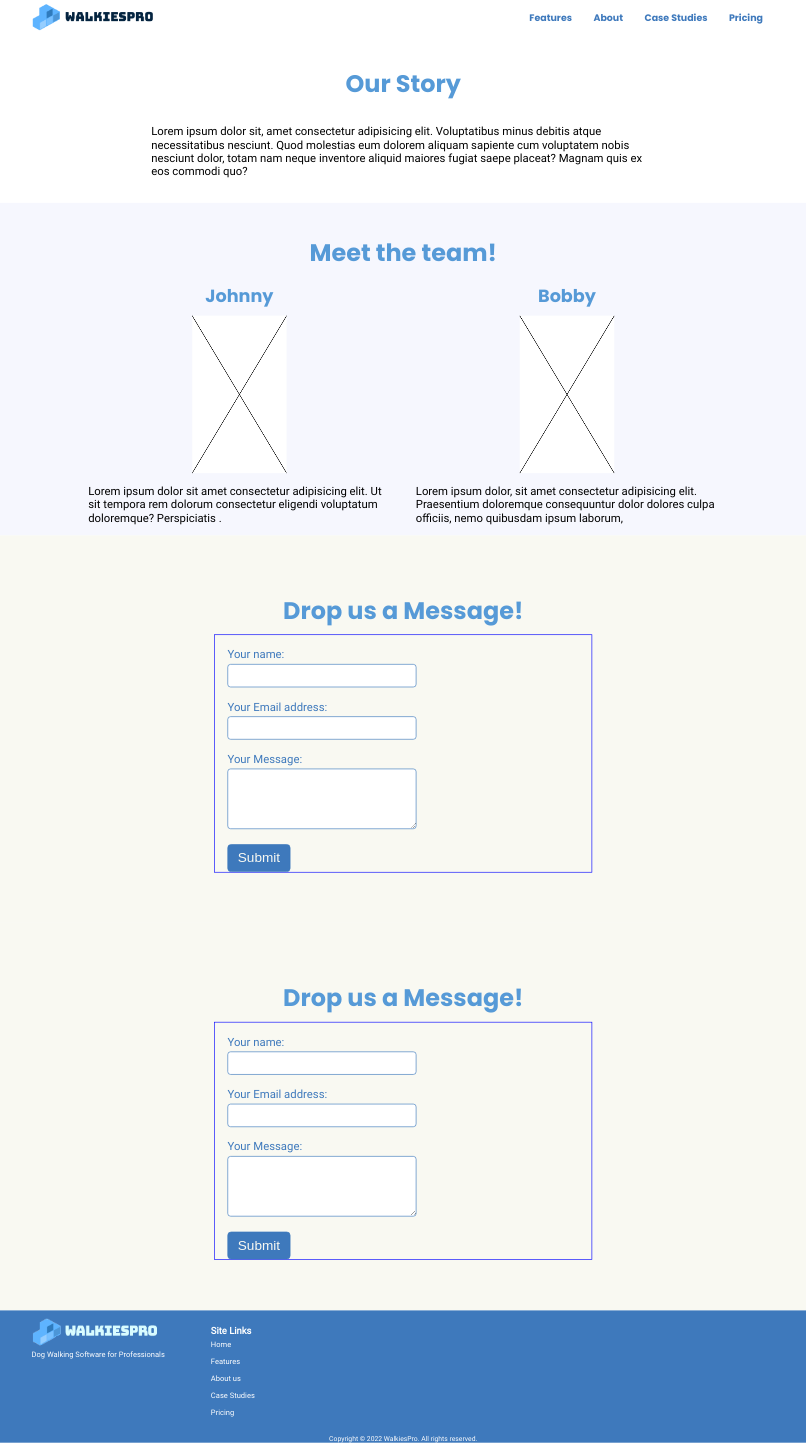
Repository: StevieC87/LAYOUT4
Page: about-us.html
These files come from the project's save history. The page is drawn as it stood at one moment and after the next save; the edit follows.
The browser window is 1280 px wide. The pictures show the whole page, at 63% of full size.

Above is the page before, as saved 2022-01-04 21:51:32.

### about-us.html
<!DOCTYPE html>
<html lang="en">
  <head>
    <meta charset="UTF-8" />
    <meta http-equiv="X-UA-Compatible" content="IE=edge" />
    <meta name="viewport" content="width=device-width, initial-scale=1.0" />
    <title>WalkiesPro Dog Walking Software</title>
    <link rel="stylesheet" href="css/styles.css" />
    <link rel="stylesheet" href="css/aboutus.css" />
    <link rel="stylesheet" href="css/footer.css" />
    <link rel="stylesheet" href="css/navbar.css" />
    <link rel="stylesheet" href="css/fonts.css" />
    <link rel="stylesheet" href="css/utilities.css" />
    <link rel="stylesheet" href="css/mediaqueries.css" />
    <!-- THIS js file - deferred so loads at the end -->
    <script type="text/javascript" src="js/scripts.js" defer></script>

    <style></style>
  </head>
  <body>


    <div class="containernew">
      <div class="navwrapper">
        <!------------------ NAVBAR --------------------->
        <nav id="navbar" class="paddingspecial">
          <!--  <div class="paddingspecial"> -->
          <div id="logo" class="logodiv">
            <a href="index.html"><img src="images/logo.png" alt="logo" /></a>
          </div>
          <div id="hamburger-menu" class="hamburger-menu">
            <div class="line line-1"></div>
            <div class="line line-2"></div>
            <div class="line line-3"></div>
          </div>
          <div class="navlist">
            <ul tabindex="-1">
              <li><a class="current" href="features.html">Features</a></li>
              <li><a href="about-us.html">About</a></li>
              <li><a href="case-studies.html">Case Studies</a></li>
              <li><a href="pricing.html">Pricing</a></li>
            </ul>
          </div>
          <!-- </div> -->
        </nav>
      </div>
      <!------------------ OUR STORY --------------------->
      <section class="headerwrapper">

          <div class="headertitle">
            <h1>Our Story</h1>
          </div>
          <div class="headertextunder">
              Lorem ipsum dolor sit, amet consectetur adipisicing elit. Voluptatibus minus debitis atque necessitatibus
              nesciunt. Quod molestias eum dolorem aliquam sapiente cum voluptatem nobis nesciunt dolor, totam nam neque
              inventore aliquid maiores fugiat saepe placeat? Magnam quis ex eos commodi quo?
          </div>

      </section>
      <!------------------ MEET THE TEAM --------------------->
      <section class="meettheteamwrapper">
          <div class="meettheteamh2">
              <h2> Meet the team! </h2>
          </div>
          <div class="meetteamprofiles">
            <div class="meettheteamprofile1">
              <h3 class="centertext">Johnny</h3>

                <img src="images/3.png" width="150px" alt="" height="250px"  class="centerimg">

              <p>Lorem ipsum dolor sit amet consectetur adipisicing elit. Ut sit tempora rem dolorum consectetur eligendi voluptatum doloremque? Perspiciatis .</p>
            </div>
            <div class="meettheteamprofile2">
              <h3 class="centertext">Bobby</h3>

                <img class="centerimg" src="images/3.png" width="150px" height="250px" alt="">

              <p>Lorem ipsum dolor, sit amet consectetur adipisicing elit. Praesentium doloremque consequuntur dolor dolores culpa officiis, nemo quibusdam ipsum laborum,</p>
            </div>
        </div>
      </section>
      <!------------------ CONTACT US SECTION --------------------->
     <section class="contactuswrapper">
       <div class="contactusinnerwrapper">
        <h2 class="centertext">Drop us a Message! </h2>
        <form action="">
          <div class="aboutusformgrid">
              <div class="yournamediv">
                <label for="yourname">Your name:</label>
                <input type="text" name="yourname" id="yourname">
              </div>
              <div class="emaildiv">
                <label for="youremail">Your Email address:</label>
                <input type="email" name="youremail" id="youremail"></div>
              <div class="textareadiv">
                <label for="yourmsg">Your Message:</label>
                <textarea name="yourmsg" id="yourmsg" rows="6"></textarea>
              </div>

              <button class="btn submit">Submit</button>

          </div>
        </form>
       </div>
     </section>
     <section class="contactuswrapper">
      <div class="contactusinnerwrapper">
       <h2 class="centertext">Drop us a Message! </h2>
       <form action="">
         <div class="aboutusformgrid">
             <div class="yournamediv">
               <label for="yourname">Your name:</label>
               <input type="text" name="yourname" id="yourname">
             </div>
             <div class="emaildiv">
               <label for="youremail">Your Email address:</label>
               <input type="email" name="youremail" id="youremail"></div>
             <div class="textareadiv">
               <label for="yourmsg">Your Message:</label>
               <textarea name="yourmsg" id="yourmsg" rows="6"></textarea>
             </div>

             <button class="btn submit">Submit</button>

         </div>
       </form>
      </div>
    </section>
      <!------------------ FOOTER --------------------->
      <footer id="footer">
        <div class="footerwrapper">
          <div class="footergriditem1">
            <img class="bottomlogo" src="images/logoblue.png" alt="logo" />
            <span class="whitetext bottomphrase"
              >Dog Walking Software for Professionals</span
            >
          </div>

          <div class="footergriditem2">
            <div><b class="whitetext footerlinkstitle">Site Links</b></div>
            <ul class="whitetext ulnostyle anostyle" style="font-size: 12px">
              <li><a href="../layout/index.html">Home</a> </li>
              <li><a href="features.html">Features</a> </li>
              <li><a href="about-us.html">About us</a> </li>
              <li><a href="case-studies.html">Case Studies</a></li>
              <li><a href="pricing.html">Pricing</a></li>
            </ul>
          </div>
          <div class="footergriditem3 whitetext smallfont">Copyright © 2022 WalkiesPro. All rights reserved.</div>
        </div>

      </footer>
    </div>
    <!-- end container -->

    <!------------------ SIDE MENU --------------------->
    <div id="menuhidden" class="menuhidden hiddenright">
      <div class="slidemenu">
        <ul tabindex="-1" aria-hidden="true">
          <li><a class="activeSidebarLi" href="index.html">Home</a></li>
          <li><a class="current" href="features.html">Features</a></li>
          <li><a href="about-us.html">About</a></li>
          <li><a href="case-studies.html">Case Studies</a></li>
          <li><a href="pricing.html">Pricing</a></li>
          <!--    <hr /> -->
        </ul>
      </div>
    </div>
  </body>
</html>

### css/styles.css
:root {
  /*  --myblue: #5da3df; */
  --myblue: #3e79bc;
  --myblueh1: #569ad7;
}

html,
body {
  box-sizing: border-box;
  font-size: 18px;
  font-family: Roboto;
  /*  line-height: 1rem; */
  margin: auto;
}
*,
*:before,
*:after {
  box-sizing: inherit;
}

h1,
h2,
h3,
h4,
h5,
h6 {
  font-family: PoppinsBold;
  color: var(--myblueh1);
  /* #5da3df */
  padding: 10px 0 10px 0;
  margin: 0px;
}
h1 {
  font-size: 38px;
  line-height: 2.8rem;
}
h2 {
  font-size: 38px;
}
h3 {
  font-size: 28px;
}
h4 {
  font-size: 26px;
}
h5 {
  font-size: 20px;
}
h6 {
  font-size: 18px;
}

.containernew {
  width: 100%;
}

### css/aboutus.css
/* * * * * * * * * * * * * * * * * * * * * * * * * * * * * * * * * * * * * * * *
ABOUT US
* * * * * * * * * * * * * * * * * * * * * * * * * * * * * * * * * * * * * * * */
.headerwrapper {
  width: 100%;
  display: grid;
  padding: 40px 0 40px 0;
}
.headertitle {
  grid-template-columns: 1fr;
  align-self: center;
  justify-self: center;
}

.headertextunder {
  /* max-width: 80%;  */
  max-width: 800px;
  grid-template-columns: 1fr;
  align-self: center;
  justify-self: center;
  font-size: 1rem;
  padding-top: 30px;
}
.meettheteamwrapper {
  width: 100%;
  display: grid;
  justify-content: center;
  background-color: #f6f7fe;
}
.meettheteamh2 {
  padding-top: 40px;
  text-align: center;
  /*  color: purple; */
  color: var(--myblueh1);
  /* color: #7f55ff; */
  width: 100%;
}
.meettheteamh2 > h2 {
  color: inherit;
}
.meetteamprofiles {
  max-width: 1000px;
  justify-content: center;
  display: grid;
  grid-template-columns: 1fr;
  grid-gap: 40px;
}
.contactuswrapper {
  padding: 80px 0 80px 0;
  background-color: #f9f9f2;
}
.contactusinnerwrapper {
}

.aboutusformgrid {
  max-width: 600px;
  margin: 0 auto;
  padding: 0 20px 0px 20px;
  border: 1px solid blue;
}
.textareadiv {
}
textarea {
  width: 100%;
  max-width: 300px;
  border-radius: 5px;
  border: 1px solid var(--myblue);
}
input,
label {
  display: block;
  width: 100%;
  max-width: 300px;
}
input {
  border-radius: 5px;
  border: 1px solid var(--myblue);
  padding: 10px;
}
label {
  padding-bottom: 5px;
  padding-top: 20px;
  color: var(--myblue);
}
@media (min-width: 336px) {
  .meetteamprofiles {
    grid-template-columns: 1fr 1fr;
  }
  .meettheteamprofile1 {
    justify-self: center;
    align-self: center;
  }
  .meettheteamprofile2 {
  }
}

### css/footer.css
/* * * * * * * * * * * * * * * * * * * * * * * * * * * * * * * * * * * * * * * *
                    FOOTER
* * * * * * * * * * * * * * * * * * * * * * * * * * * * * * * * * * * * * * * */

footer {
  background-color: var(--myblue);
  width: 100%;
  display: flex;
  justify-content: center;
  padding-top: 10px;
}
/* DEFAULT FOR SMALL SCREEN - MOBILE FIRST */
.footerwrapper {
  /* this is the inner div that serves as a grid with equal columns as container */
  width: 1200px;
  display: grid;
  grid-template-columns: 1fr;
  grid-gap: 0.2rem;
}
/* DEFAULT FOR SMALL SCREEN - MOBILE FIRST */
.footergriditem1 {
  grid-row: 1 / 2;
  /* grid-column: 1 / 2; */
  grid-column: 1 / -1;
}
/* DEFAULT FOR SMALL SCREEN - MOBILE FIRST */
.footergriditem2 {
  /* grid-column: 2 / 3; */
  grid-column: 1 / -1;
  grid-row: 3 / 4;
  padding-left: 10px;
  justify-self: start;
  padding-top: 10px;
  padding-bottom: 10px;

  /*  justify-self: self-end; */
  /* padding: 20px 0 0 40px; */
}
.footergriditem2:first-child {
  margin: 10px 0 10px 0;
}
.footergriditem3 {
  grid-row: 4 / 5;
  grid-column: 1 / -1;
  justify-self: center;
  align-self: center;
}
.bottomlogo {
  padding: 0px 0 0px 10px;
}
.bottomphrase {
  padding-left: 10px;
  display: block;
  text-align: left;
  font-size: 12px;
}
.footerlinkstitle {
  font-size: 15px;
}

@media (min-width: 336px) {
}
@media (min-width: 450px) {
  .footerwrapper {
    grid-template-columns: 226px 200px 1fr 0.2fr 0.2fr 0.2fr;
  }
  .footergriditem1 {
    grid-row: 1 / 2;
    grid-column: 1 / 2;
  }
  .footergriditem2 {
    grid-row: 1 / 2;
    grid-column: 2 / 3;
    padding-left: 0px;
    justify-self: center;
    padding-top: 10px;
    padding-bottom: 10px;
  }
}

### css/navbar.css
/* * * * * * * * * * * * * * * * * * * * * * * * * * * * * * * * * * * * * * * *
                          NAVBAR
* * * * * * * * * * * * * * * * * * * * * * * * * * * * * * * * * * * * * * * */
.navwrapper {
  display: flex;
  justify-content: center;
}
nav {
  background-color: white;
  width: 1200px;
  display: flex;
  justify-content: space-between;
}

.logodiv {
  padding-top: 5px;
  padding-left: 10px;
}
#navbar ul {
  list-style: none;
  margin-right: 15px;
  /*   float: right; */
}

#navbar ul li {
  float: left;
}

#navbar ul li a {
  display: block;
  margin: 0 14px 0 20px;
  /* padding: 0 20px 0 10px; */
  text-align: center;
  text-decoration: none;
  color: var(--myblue);
  /*  color: black; */
  font-family: 'PoppinsBold';
  font-size: 15px;
  /*  border-bottom: 1px solid transparent; */

  line-height: 21px;
}
#navbar ul li a:hover {
  /*  text-decoration: underline; */
  /*  border-bottom: 1px solid var(--myblue); */
  color: #9370db;
}

/* * * * * * * * * * * * * * * * * * * * * * * * * * * * * * * * * * * * * * * *
HAMBURGER MENU
* * * * * * * * * * * * * * * * * * * * * * * * * * * * * * * * * * * * * * * */

.hamburger-menu {
  width: 30px;
  height: 30px;
  padding-top: 7px;
  position: absolute;
  top: 7px;
  right: 10px;
  display: flex;
  flex-direction: column;
  justify-content: space-between;
  cursor: pointer;
  z-index: 100;
}

.line {
  width: inherit;
  height: 3px;
  background-color: var(--myblue);
  border-radius: 2px;
  transition-property: transform;
  transition-duration: 500ms;

  /*   transform-origin: right;
  transition: transform 0.5s; */
}

.line.openline:nth-child(1) {
  transform: translate(0px, 10px) rotate(45deg);
  /*  transform-origin: top; */
}
.line.openline:nth-child(2) {
  opacity: 0;
}
.line.openline:nth-child(3) {
  transform: translate(0px, -10px) rotate(-45deg);

  /*   transform-origin: top; */
}

.menuhidden {
  height: 100vh;
  width: 200px;
  background-color: white;
  position: fixed;
  top: 0;
  right: -200px;
  transition: ease 0.2s;
}

.visibleright {
  right: 0px;
  /*   transition: ease 4s; */
}
/* --------- SLIDEMENU ---------- */
.slidemenu ul {
  list-style: none;
  padding-top: 45px;
  padding-left: 0px;
  width: 100%;
  /*   float: right; */
}
.slidemenu ul li {
}
.slidemenu ul li a {
  display: block;
  padding: 10px 5px 10px 5px;
  margin: 0px 5px 0px 5px;
  text-align: center;
  text-decoration: none;
  line-height: 1.5rem;
  color: var(--myblue);
}
.slidemenu ul li a:hover {
  background-color: #fbfbfa;
  border-radius: 15px;
  /* opacity: 0.5; */
}
.activeSidebarLi {
  background-color: #fbfbfa;
  border-radius: 15px;
}
/* END SLIDEMENU */

### css/fonts.css
/* * * * * * * * * * * * * * * * * * * * * * * * * * * * * * * * * * * * * * * *
        FONT FAMILIESS
* * * * * * * * * * * * * * * * * * * * * * * * * * * * * * * * * * * * * * * */
@font-face {
  font-family: 'Bungee';
  src: url('../fonts/Bungee-Regular.ttf');
  src: local('☺'), url('../fonts/Bungee-Regular.ttf') format('truetype');
  font-display: block;
}
@font-face {
  font-family: 'Roboto';
  src: url('../fonts/Roboto-Regular.ttf');
  src: local('☺'), url('../fonts/Roboto-Regular.ttf') format('truetype');
  font-display: block;
}
@font-face {
  font-family: 'Roboto-Bold';
  src: url('../fonts/Roboto-Bold.ttf');
  src: local('☺'), url('../fonts/Roboto-Bold.ttf') format('truetype');
  font-display: block;
}
@font-face {
  font-family: 'Ubuntu';
  src: url('../fonts/Ubuntu-Regular.ttf');
  src: local('☺'), url('../fonts/Ubuntu-Regular.ttf') format('truetype');
  font-display: block;
}
@font-face {
  font-family: 'UbuntuBold';
  src: url('../fonts/Ubuntu-Bold.ttf');
  src: local('☺'), url('../fonts/Ubuntu-Bold.ttf') format('truetype');
  font-display: block;
}
@font-face {
  font-family: 'Poppins';
  src: url('../fonts/Poppins-Regular.ttf');
  src: local('☺'), url('../fonts/Poppins-Regular.ttf') format('truetype');
  font-display: block;
}
@font-face {
  font-family: 'PoppinsBold';
  src: url('../fonts/Poppins-Bold.ttf');
  src: local('☺'), url('../fonts/Poppins-Bold.ttf') format('truetype');
  font-display: block;
}
@font-face {
  font-family: 'PoppinsLight';
  src: url('../fonts/Poppins-Light.ttf');
  src: local('☺'), url('../fonts/Poppins-Light.ttf') format('truetype');
  font-display: block;
}
@font-face {
  font-family: 'FontAwesome';
  src: url('../fonts/fa-solid-900.ttf');
  src: local('☺'), url('../fonts/fa-solid-900.ttf') format('truetype');
  font-display: block;
}
.bungee {
  font-family: Bungee;
}
.ubuntu {
  font-family: Ubuntu;
}
.ubuntuBold {
  font-family: UbuntuBold;
}
.poppins {
  font-family: Poppins;
}
.poppinslight {
  font-family: PoppinsLight;
}
.poppinsbold {
  font-family: PoppinsBold;
}

### css/utilities.css
.btn {
  cursor: pointer;
  transition-property: background-color, color, border;
  transition-duration: 200ms;
  transition-timing-function: ease-in;
}

.btnoutline {
  background-color: transparent;
  border: 1px solid var(--myblue);
  border-radius: 5px;
  color: var(--myblue);
  padding: 10px;
  font-size: 0.8rem;
  /*  font-weight: bold */
  font-family: PoppinsBold;
}
.allfeaturesbtn {
  padding: 15px 20px 15px 20px;
  border-radius: 10px;
  border: 1px solid var(--myblue);
  /*   background-color: var(--myblue); */
  background-color: WHITE;
  /* color: white; */
  color: var(--myblue);
  font-weight: bold;
  font-size: 1.2rem;
}
.allfeaturesbtn:hover {
  background-color: var(--myblue);
  color: white;
}
.submit {
  margin-top: 20px;
  padding: 8px 6px 8px 6px;
  border-radius: 6px;
  width: 100px;
  background-color: var(--myblue);
  border: 1px solid var(--myblue);
  color: #f9f9f2;
  font-size: 1.2rem;
  /*  font-weight: bold; */
}

/* * * * * * * * * * * * * * * * * * * * * * * * * * * * * * * * * * * * * * * *
UTILITY CLASSES
* * * * * * * * * * * * * * * * * * * * * * * * * * * * * * * * * * * * * * * */

.centertext {
  text-align: center;
}
.centerimg {
  display: block;
  margin-left: auto;
  margin-right: auto;
  /*   width: 50%; */
}
.centerhorizvert {
  align-self: center;
  justify-self: center;
}
/* visible/invis from screen readers & visually */
.invisible {
  visibility: hidden;
}
.visible {
  visibility: visible;
}
.whitetext {
  color: white;
}
.smallfont {
  font-size: 0.6rem;
}
.mediumfont {
  font-size: 0.8rem;
}
.ulnostyle {
  list-style: none;
  line-height: 1.5rem;
  padding: 0;
  margin: 0;
}
.anostyle > li a {
  text-decoration: none;
  color: white;
}

### css/mediaqueries.css
/* to switch to hamburger menu */
@media (min-width: 677px) {
  .hamburger-menu {
    visibility: hidden;
  }
  .section2divrow {
    grid-template-columns: 1fr 1fr;
  }
  .section1innerwrapper {
    grid-template-columns: 2fr 1fr;
  }
}
@media (max-width: 676px) {
  /* HIDE NAV LI WHEN SMALL SCREEN */
  nav {
    width: 1200px;
  }

  .navlist {
    visibility: hidden;
    display: none;
  }
  .hamburger-menu {
    visibility: visible;
  }

  /* ADVANCED SCHEDULING DIV - flip order: image last */
  .section2imgleft1 {
    grid-row: 2;
  }
  .section2textright1 {
    grid-row: 1;
  }
  /* FINANCIAL MANAGEMENT DIV - flip order: image last */
  .section2imgleft3 {
    grid-row: 2;
  }
  .section2textleft3 {
    grid-row: 1;
  }
}

### js/scripts.js
const hamburgerbutton = document.querySelector('#hamburger-menu');
hamburgerbutton.addEventListener('click', function () {
  //  vis();
  slide();
  transformlines();
});

function slide() {
  const slideme = document.querySelector('#menuhidden');
  const slidemeclasses = slideme.classList;
  //  slideme.classList.replace('hiddenright', 'visibleright');
  const slidemeclassestoggle = slidemeclasses.toggle('visibleright');
}

function transformlines() {
  //for each line add a class ideally
  document.querySelectorAll('.line').forEach((item) =>
    //item.style.backgroundColor = "pink"
    item.classList.toggle('openline')
  );
}

After the next save:
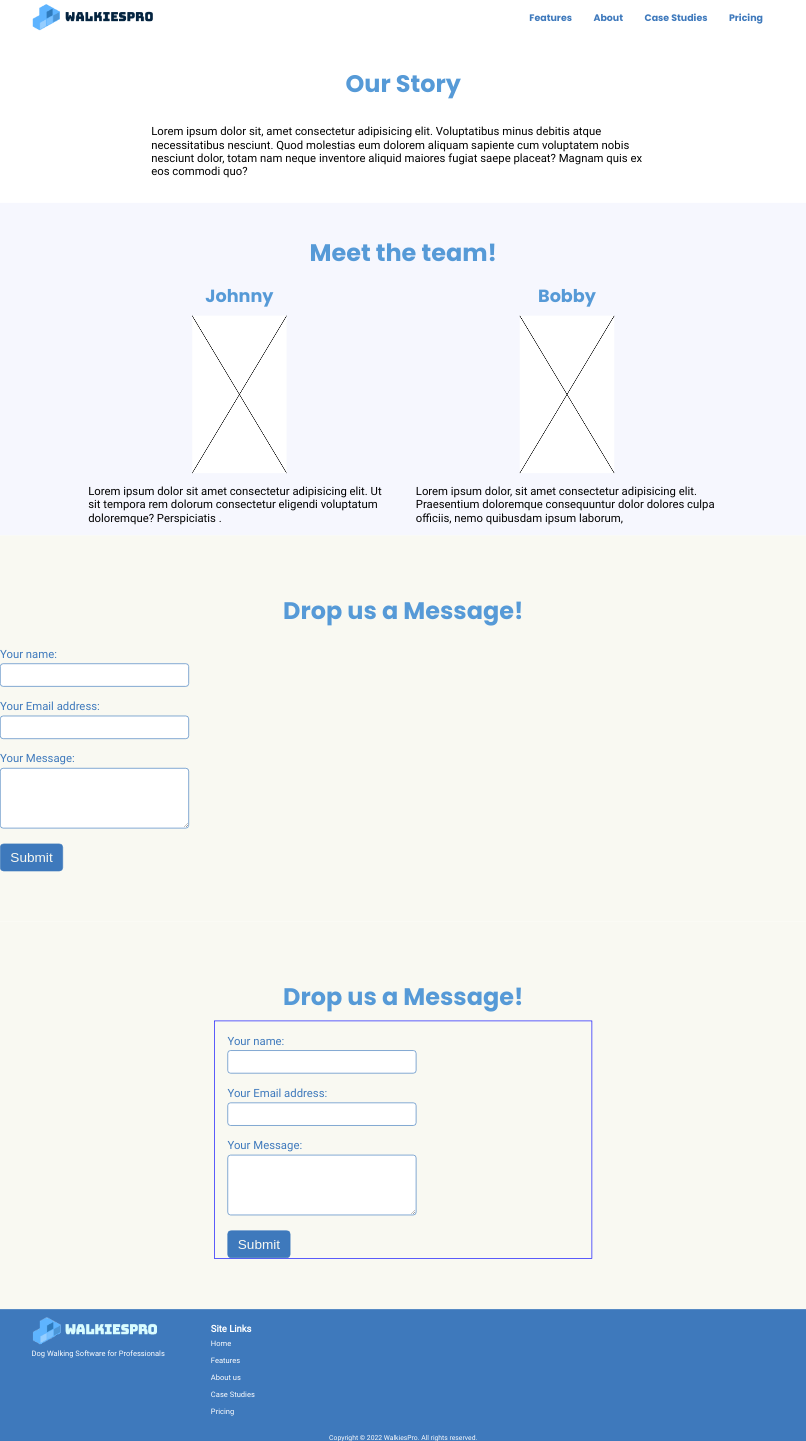
Saved 65 s later.
--- a/about-us.html
+++ b/about-us.html
@@ -84,7 +84,7 @@
        <div class="contactusinnerwrapper">
         <h2 class="centertext">Drop us a Message! </h2>
         <form action="">
-          <div class="aboutusformgrid">
+          <div class="aboutusformgrid2">
               <div class="yournamediv">
                 <label for="yourname">Your name:</label>
                 <input type="text" name="yourname" id="yourname">
@@ -103,6 +103,7 @@
         </form>
        </div>
      </section>
+     <!-- ORIGINAL -->
      <section class="contactuswrapper">
       <div class="contactusinnerwrapper">
        <h2 class="centertext">Drop us a Message! </h2>

After the save that followed:
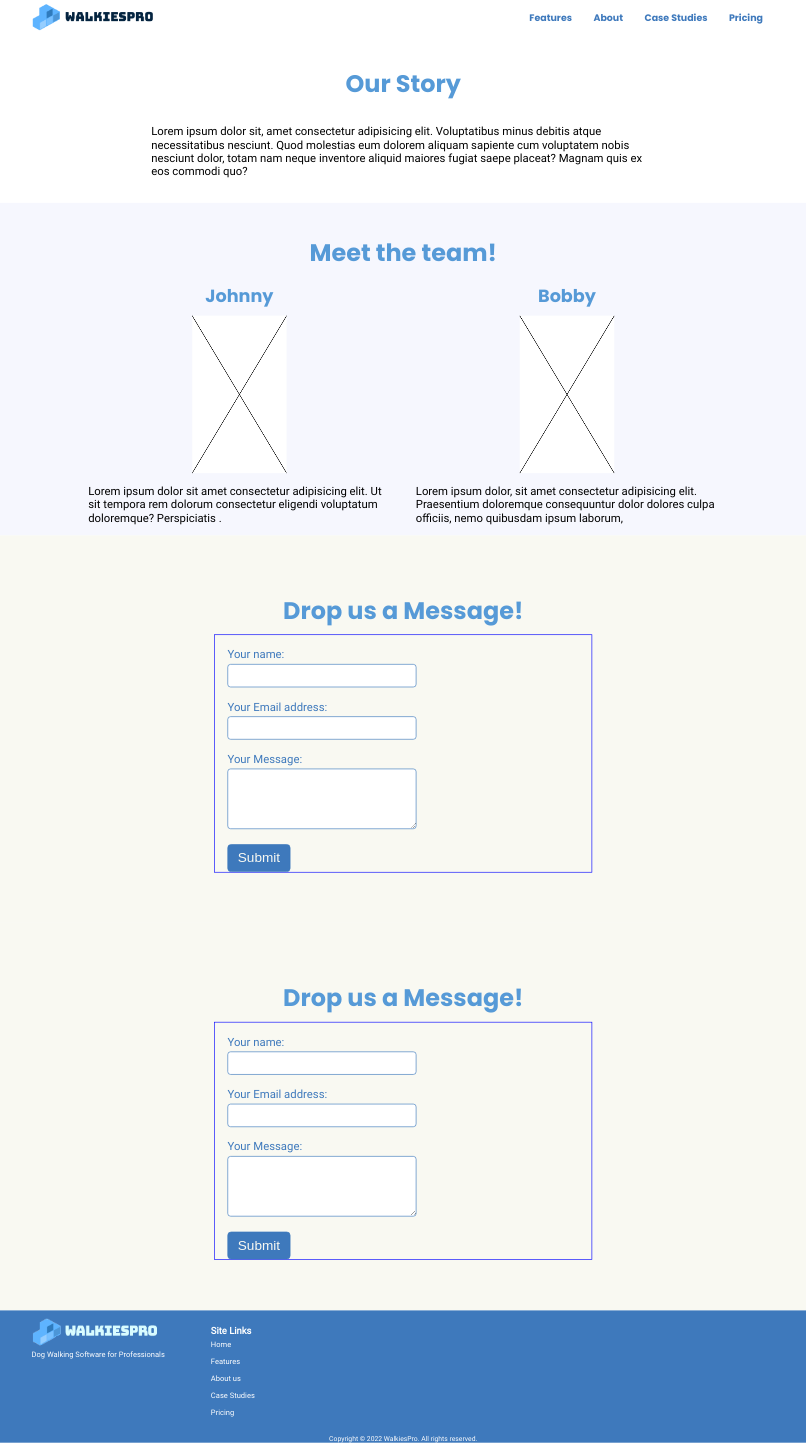
Saved 1 s later.
--- a/css/aboutus.css
+++ b/css/aboutus.css
@@ -58,6 +58,12 @@ ABOUT US
   padding: 0 20px 0px 20px;
   border: 1px solid blue;
 }
+.aboutusformgrid2 {
+  max-width: 600px;
+  margin: 0 auto;
+  padding: 0 20px 0px 20px;
+  border: 1px solid blue;
+}
 .textareadiv {
 }
 textarea {
